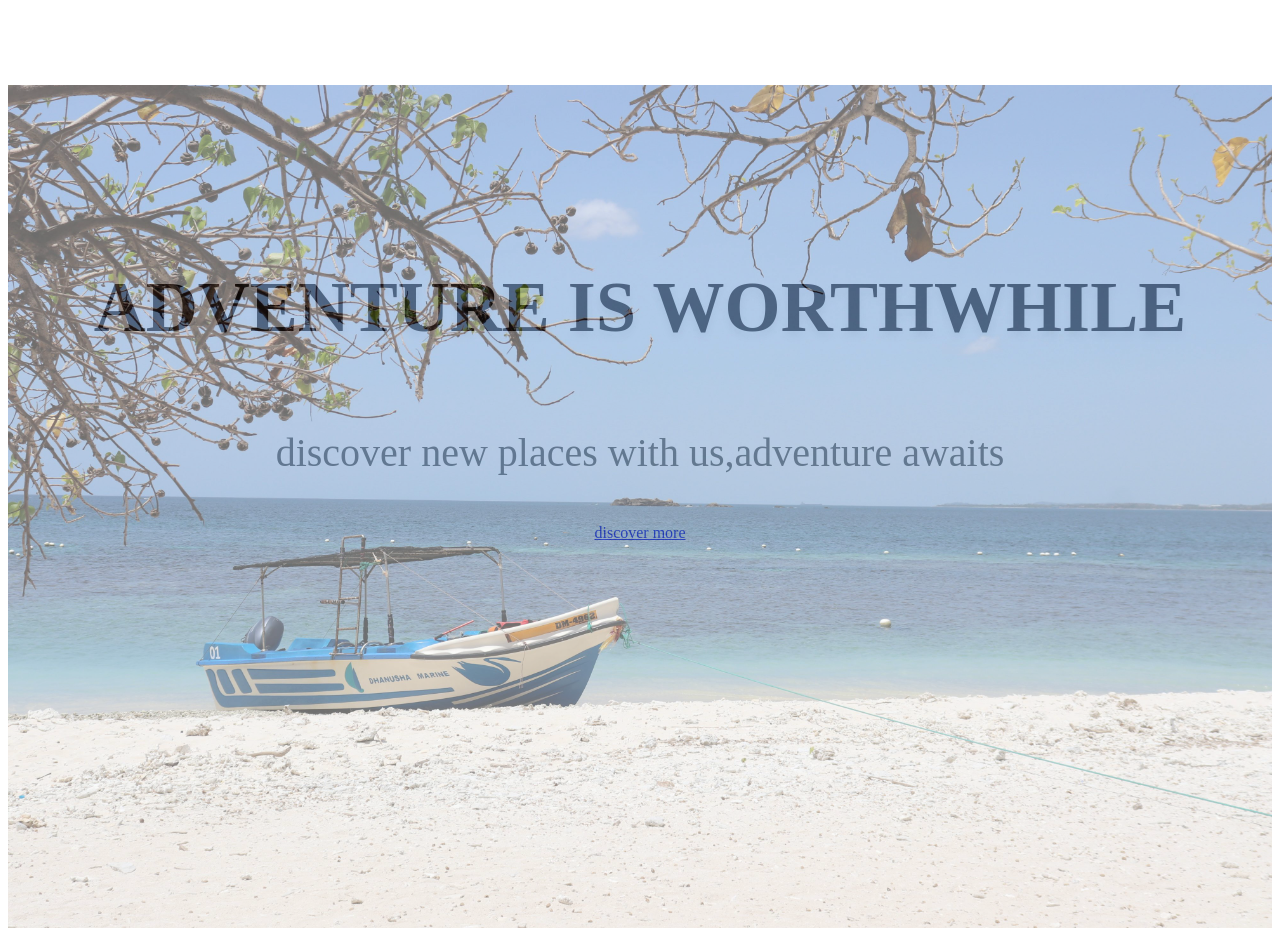
Repository: KasunInd27/Ceylon-Journey
Page: Home/home.html
An editor plug-in stored every save of this project. The page is shown before and after the next save, followed by the edit.
The browser window is 1280 px wide. The pictures show the whole page.

Above is the page before, as saved 2024-10-05 13:53:07.
Console error: SyntaxError: Unexpected token '<'

### Home/home.html
<!DOCTYPE html>
<html lang="en">
<head>
    <meta charset="UTF-8">
    <meta name="viewport" content="width=device-width, initial-scale=1.0">
    <!-- Font Awesome CDN link for using icons -->
    <link rel="stylesheet" href="https://cdnjs.cloudflare.com/ajax/libs/font-awesome/5.15.3/css/all.min.css">
    <link href="https://fonts.googleapis.com/css2?family=Roboto:wght@400;700&display=swap" rel="stylesheet">

    <link rel="stylesheet" href="CSS/home.css">
    <script src="JS/home.js"></script>
    <style>
        .mySlides {display:none;}
    </style>
    <title>Home Page</title>
</head>
<body>
    <section class="home" id="home">
        <div class="content">
            <h3>adventure is worthwhile</h3>
            <p>discover new places with us,adventure awaits</p>
            <a href="#" class="btn">discover more</a>
        </div>

        <div class="slide">
            <img class="homeSlides" src="../image/train.jpg" style="width:100%">
            <img class="homeSlides" src="../image/elephants.jpg" style="width:100%">
            <img class="homeSlides" src="../image/boat.jpg" style="width:100%">
            <img class="homeSlides" src="../image/fish.jpg" style="width:100%">
            <img class="homeSlides" src="../image/arc.jpg" style="width:100%">
        </div>
    </section>

    <script>
        var myIndex = 0;
        carousel();

        function carousel() {
          var i;
          var x = document.getElementsByClassName("homeSlides");
          for (i = 0; i < x.length; i++) {
            x[i].style.display = "none";
          }
          myIndex++;
          if (myIndex > x.length) {myIndex = 1}
          x[myIndex-1].style.display = "block";
          setTimeout(carousel, 2000); // Change image every 2 seconds
        }
        </script>


</body>
</html>

### Home/CSS/home.css
.home.controls {
    padding: 1rem;
    border-radius: 5rem;
    background: rgba(0, 0, 0, .7);
    position: relative;
    top: 10rem;

}

.home .controls .img-btn {

    height: 2rem;
    width: 2rem;
    display: inline-block;
    border-radius: 50%;
    background: #fff;
    cursor: pointer;
    margin: 0 .5rem;

}
.home .controls .img-btn.active {
    background: var(--orange);

}
#home {
    min-height: 100vh;
    /* Ensures it takes up the full viewport height */
    display: flex;
    /* Enables flexbox layout */
    align-items: center;
    /* Vertically centers content */
    justify-content: center;
    /* Horizontally centers content */
    flex-flow: column;
    /* Aligns children in a column layout */
    position: relative;
    /* Allows child elements to use absolute positioning */
    z-index: 0;
    /* Ensures this section has the correct stacking order */
}
.home .content {
    text-align: center;
    /* Centers the text within the .content container */
}
/* Styles for h3 elements inside the .content class within the .home section */

.home .content h3 {
    font-size: 4.5rem;
    /* Sets a large font size for the heading */
    color: #060101;
    /* White text color */
    text-transform: uppercase;
    /* Makes the text uppercase */
    text-shadow: 0 .3rem .5rem rgba(0, 0, 0, .1);
    /* Adds a soft shadow to the text */


}

.home .content p {
    font-size: 2.5rem;
    /* Sets the font size for paragraphs inside the .content class in the .home section */
    color: #010401;
    /* Sets the text color to white */
    padding: 0.5rem 0;
    /* Adds vertical padding (top and bottom) of 0.5rem */
    opacity: 0.80;
}

.slide
{
    margin-top: -350px;
    background-size:contain;
    background-position:center;
    background-repeat: no-repeat;
    position:absolute;
    width: 100%;
    height: 30%;
    opacity: 0.60;
}

### Home/JS/home.js
<!DOCTYPE html>
<html lang="en">
<head>
    <meta charset="UTF-8">
    <meta name="viewport" content="width=device-width, initial-scale=1.0">
    <!-- Font Awesome CDN link for using icons -->
    <link rel="stylesheet" href="https://cdnjs.cloudflare.com/ajax/libs/font-awesome/5.15.3/css/all.min.css">
    <link href="https://fonts.googleapis.com/css2?family=Roboto:wght@400;700&display=swap" rel="stylesheet">

    <link rel="stylesheet" href="CSS/home.css">
    <script src="JS/home.js"></script>
    <style>.imgSlide {display:none;}</style>
    <title>Home Page</title>
</head>
<body>
    <section class="home" id="home">
        <div class="content">
            <h3>adventure is worthwhile</h3>
            <p>discover new places with us,adventure awaits</p>
            <a href="#" class="btn">discover more</a>
        </div>

        <div class="image-slide" style="max-width:500px">
            <img class="imgSlide" src="../image/train.jpg" style="width:100%">
            <img class="imgSlide" src="../image/elephants.jpg" style="width:100%">
            <img class="imgSlide" src="../image/boats.jpg" style="width:100%">
            <img class="imgSlide" src="../image/fish.jpg" style="width:100%">
            <img class="imgSlide" src="../image/arc.jpg" style="width:100%">

        </div>


    </section>
</body>
</html>

After the next save:
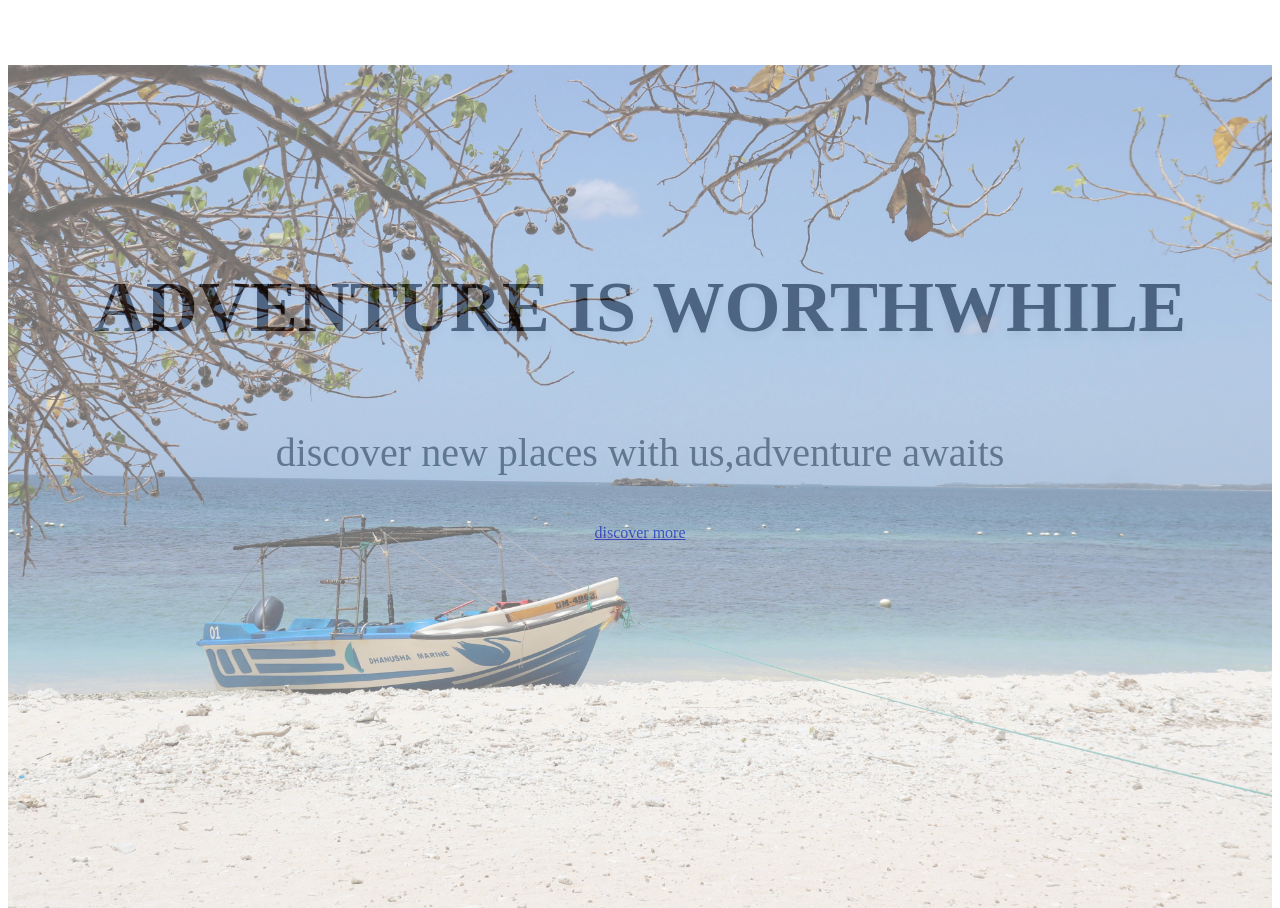
Saved 8 s later.
--- a/Home/CSS/home.css
+++ b/Home/CSS/home.css
@@ -69,7 +69,7 @@
 
 .slide
 {
-    margin-top: -350px;
+    margin-top: -390px;
     background-size:contain;
     background-position:center;
     background-repeat: no-repeat;
